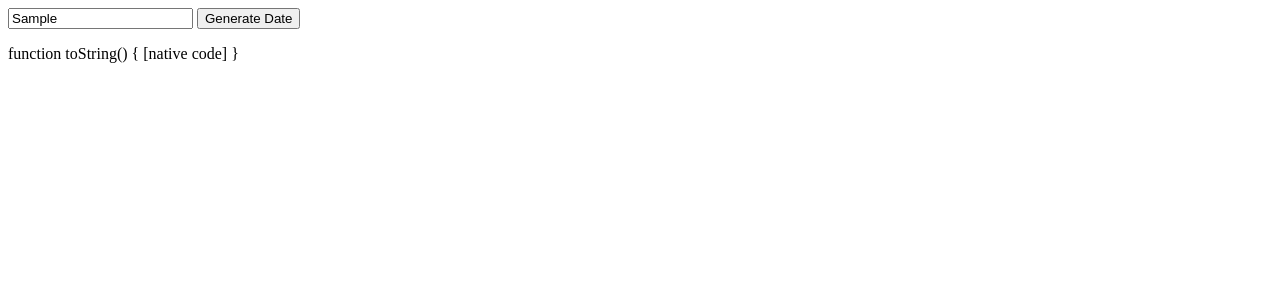
Repository: jfjadloc/jfjadloc.github.io
Page: Timestamp/index.html
These files come from the project's save history. The page is drawn as it stood at one moment and after the next save; the edit follows.
The browser window is 1280 px wide. The pictures show the whole page.
Empty fields were first filled with sample values (such as "Sample", 5 or name@example.com).
After loading, the first visible `#myBtn` was clicked once.

Above is the page before, as saved 2022-02-27 20:54:40.

### Timestamp/index.html
<!DOCTYPE html>
<html lang="en">
<head>
    <meta charset="UTF-8">
    <meta http-equiv="X-UA-Compatible" content="IE=edge">
    <meta name="viewport" content="width=device-width, initial-scale=1.0">
    <title>Time Stamp Generator</title>
</head>
<body>
    <input type="text" name="date_input" id="date_input">
    <button id="myBtn" onclick="displayDate()">Generate Date</button>

    <p id="answer"></p>
</body>

<script>
    function displayDate() {
        var ST = document.getElementById("date_input").innerText;
        document.getElementById("answer").innerHTML = ST.toString;
    }
</script>

</html>

After the next save:
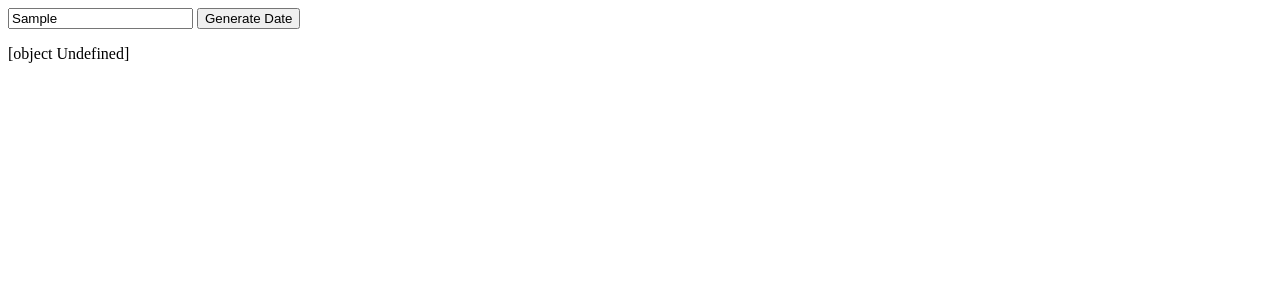
Saved 11 s later.
--- a/Timestamp/index.html
+++ b/Timestamp/index.html
@@ -16,7 +16,7 @@
 <script>
     function displayDate() {
         var ST = document.getElementById("date_input").innerText;
-        document.getElementById("answer").innerHTML = ST.toString;
+        document.getElementById("answer").innerHTML = toString(1645965514951);
     }
 </script>
 
